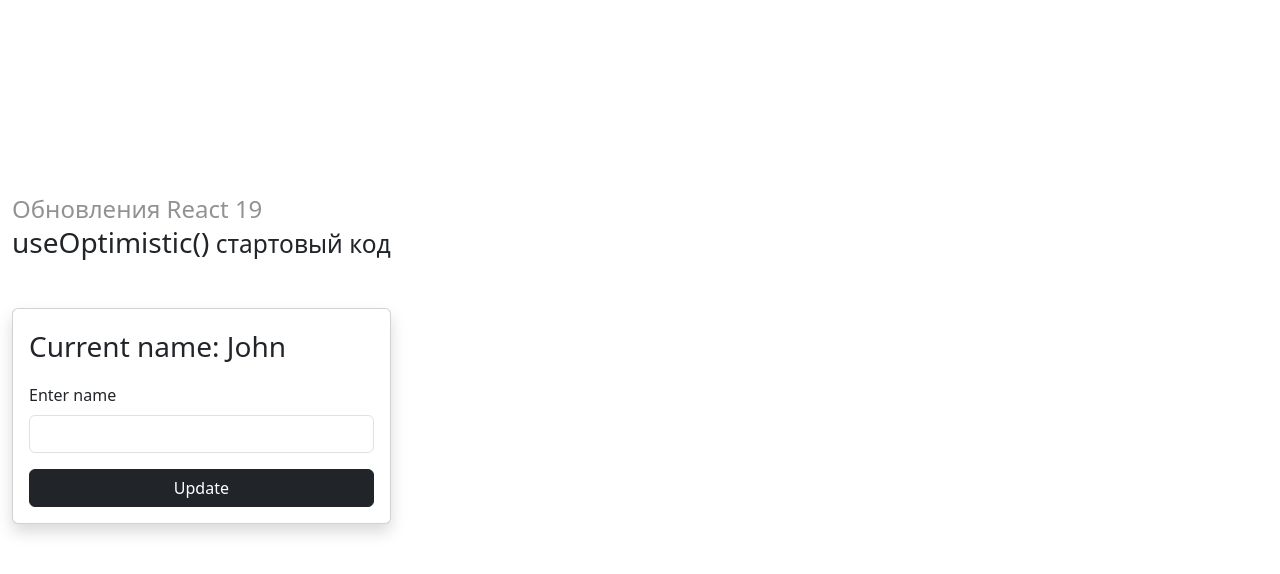
Repository: vitaliygalata1986/react
Page: / (app in project-40-react-19-vite/react-19/)
The author's editor kept a copy of each file at every save. The page is drawn from the files as they stood at one save, then again after the next save.
The browser window is 1280 px wide. The pictures show the whole page.
The project was rebuilt for these pictures with package versions that can differ from the ones it lists, and the page was loaded fresh each time. Also part of the build but not shown: project-40-react-19-vite/react-19/vite.config.js.

Above is the page before, as saved 2025-02-06 23:45:18.

After the next save:
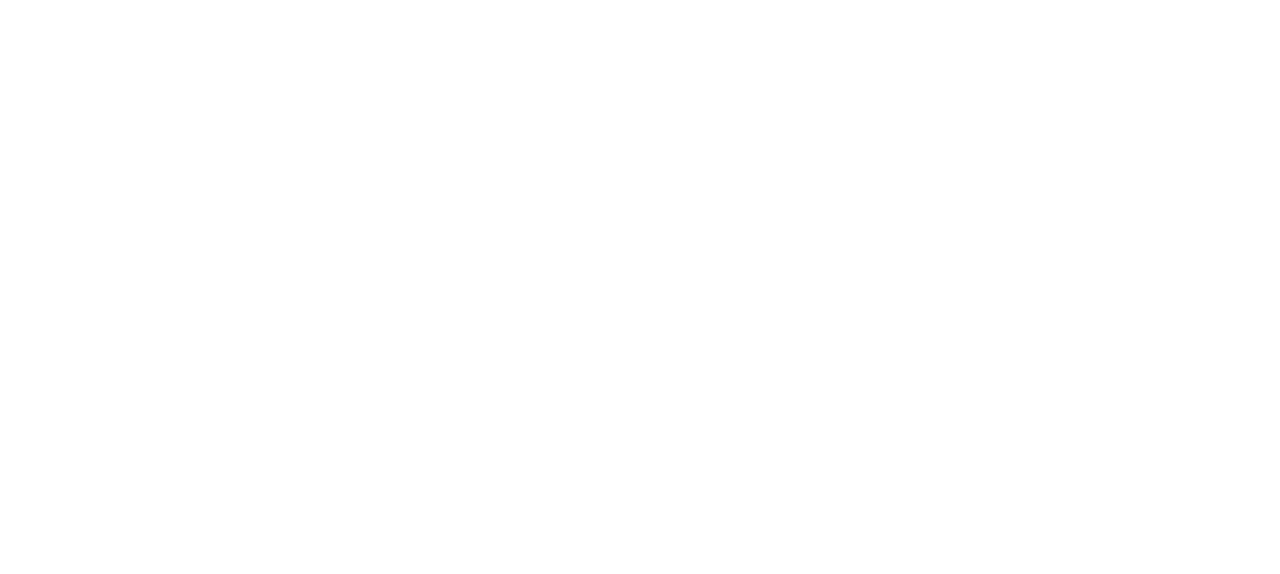
Console error: ReferenceError: useOptimistic is not defined
Saved 50 s later.
--- a/project-40-react-19-vite/react-19/src/examples/forms/useOptimistic-final.jsx
+++ b/project-40-react-19-vite/react-19/src/examples/forms/useOptimistic-final.jsx
@@ -23,6 +23,8 @@
 function App() {
   const [name, setName] = useState('John');
 
+  useOptimistic
+
   async function handleSubmit(formData) {
     const newName = await updateName(formData.get('name'));
     setName(newName);

After the 2 saves that followed:
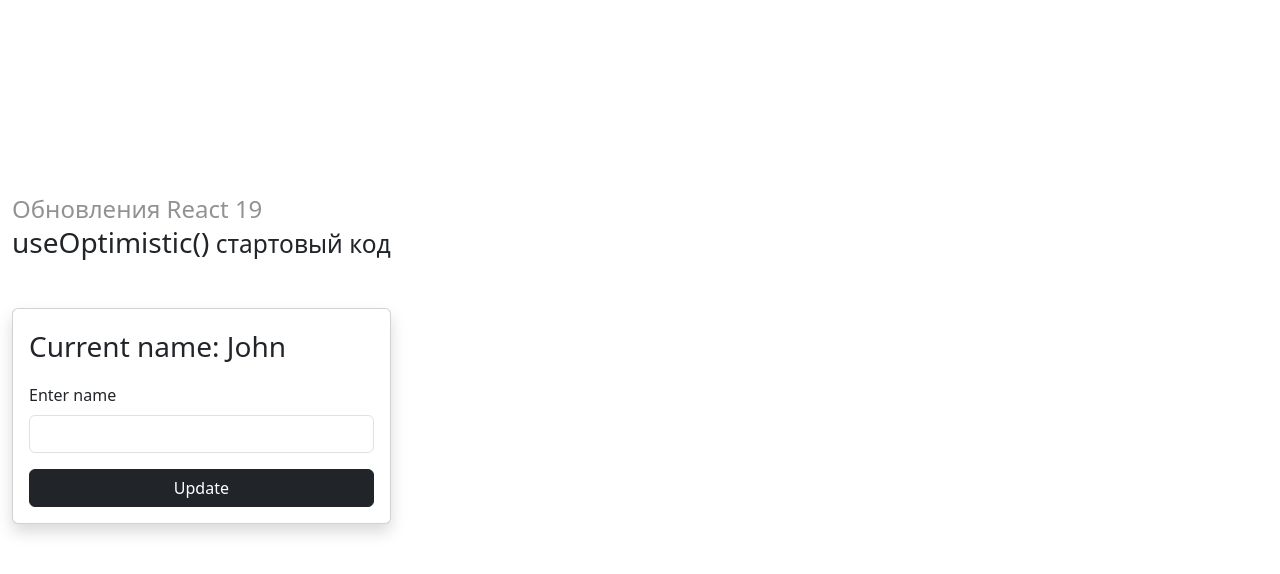
The error is gone.
The 2 saves are shown as one change because they came seconds apart.
The last was saved 11 s later.
--- a/project-40-react-19-vite/react-19/src/examples/forms/useOptimistic-final.jsx
+++ b/project-40-react-19-vite/react-19/src/examples/forms/useOptimistic-final.jsx
@@ -1,4 +1,4 @@
-import { useState } from 'react';
+import { useState, useOptimistic } from 'react';
 
 // useOptimistic
 // Хук useOptimistic позволяет показать оптимистичный результат,
@@ -23,7 +23,7 @@
 function App() {
   const [name, setName] = useState('John');
 
-  useOptimistic
+
 
   async function handleSubmit(formData) {
     const newName = await updateName(formData.get('name'));
